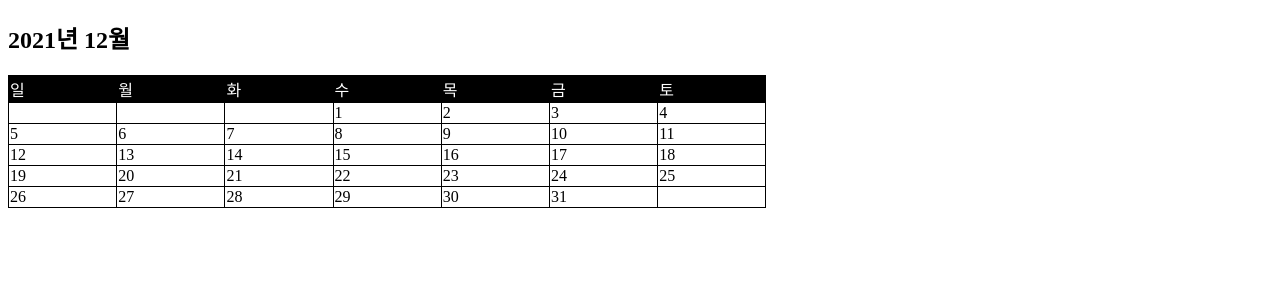
Repository: MegiLove/jspStudy
Page: http://localhost/day1210/calendarTest.jsp
These files come from the project's save history. The page is drawn as it stood at one moment and after the next save; the edit follows.
The browser window is 1280 px wide. The pictures show the whole page.
The page is served by Tomcat 9.

Above is the page before, as saved 2021-12-10 06:23:21.

After the next save:
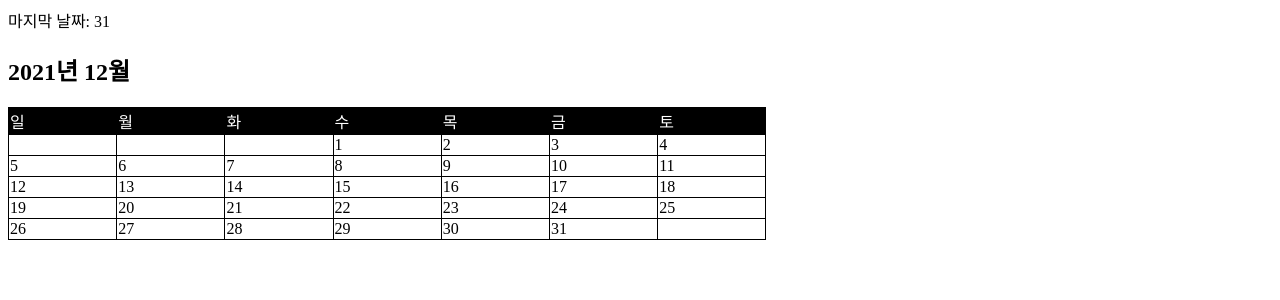
Saved 66 s later.
--- a/day1210/src/main/webapp/calendarTest.jsp
+++ b/day1210/src/main/webapp/calendarTest.jsp
@@ -32,6 +32,7 @@
 		Date startDate = new Date(year,month,1);
 		int startDay = startDate.getDay();
 	%>
+	마지막 날짜: <%= lastDate[month] %>
 	<h2><%=year+1900%>년 <%=month+1 %>월</h2>
 
 	<table>

After the 2 saves that followed:
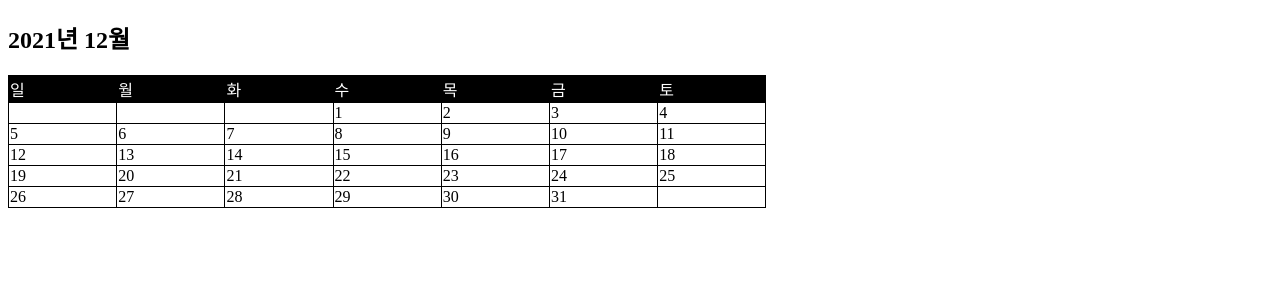
The 2 saves are shown as one change because 1 left the picture as it was.
The last was saved 55 s later.
--- a/day1210/src/main/webapp/calendarTest.jsp
+++ b/day1210/src/main/webapp/calendarTest.jsp
@@ -32,7 +32,6 @@
 		Date startDate = new Date(year,month,1);
 		int startDay = startDate.getDay();
 	%>
-	마지막 날짜: <%= lastDate[month] %>
 	<h2><%=year+1900%>년 <%=month+1 %>월</h2>
 
 	<table>
@@ -55,7 +54,7 @@
 	}
 	%>
 	<%
-		for(int i=1; i<=31; i++){
+		for(int i=1; i<=lastDate[month]; i++){
 			%>
 			<td><%=i %></td>
 			<%
